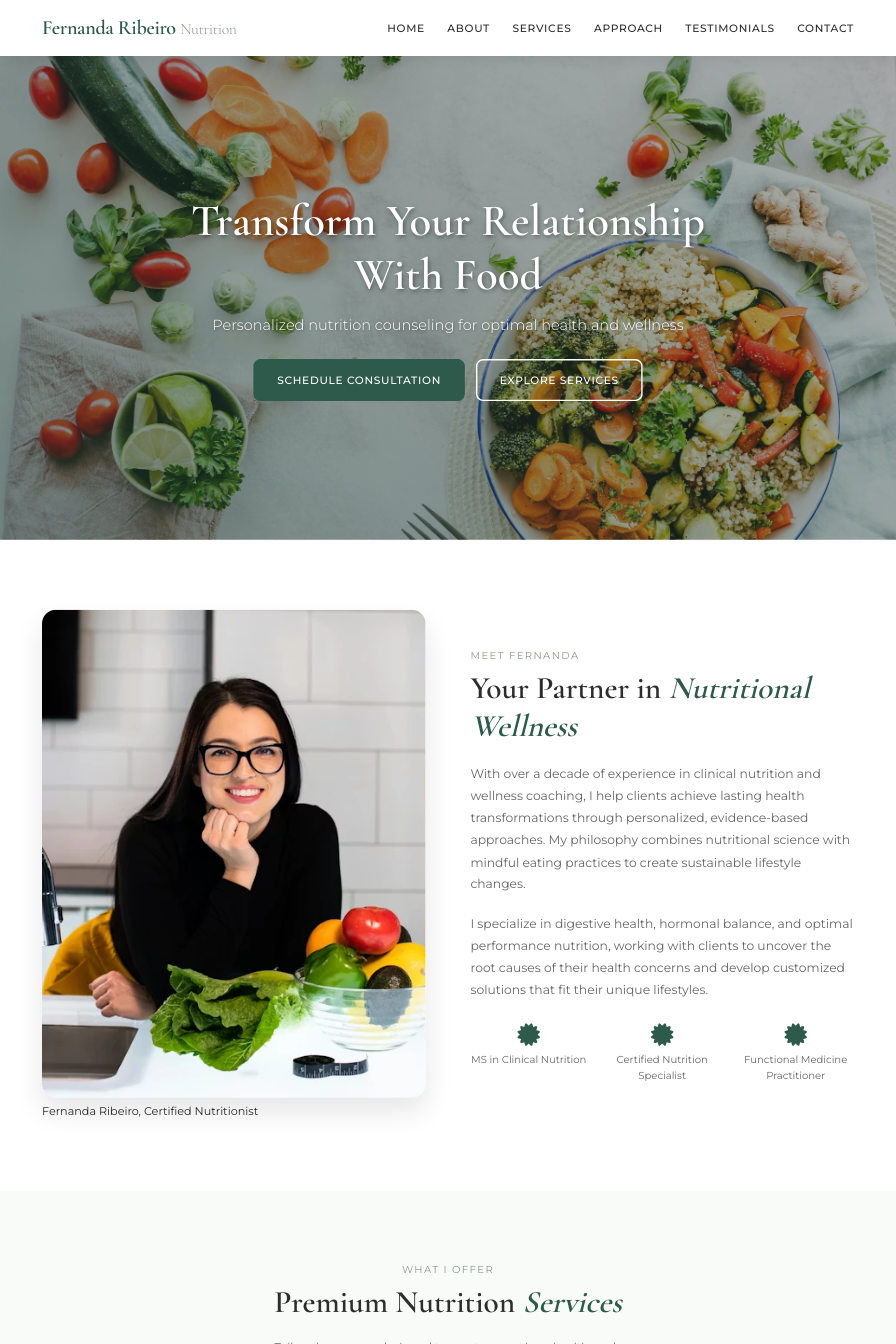
Repository: davidfsillva/Fernanda-Ribeiro
Page: index.html
The author's editor kept a copy of each file at every save. The page is drawn from the files as they stood at one save, then again after a run of saves.
The browser window is 1280 px wide. The pictures show the part of the page from y = 0 to 1920 px (the page is 5262 px tall), at 70% of full size.
Backgrounds fixed to the window are drawn as part of the page.

Above is the page before, as saved 2026-02-19 17:54:17.

After the next 2 saves:
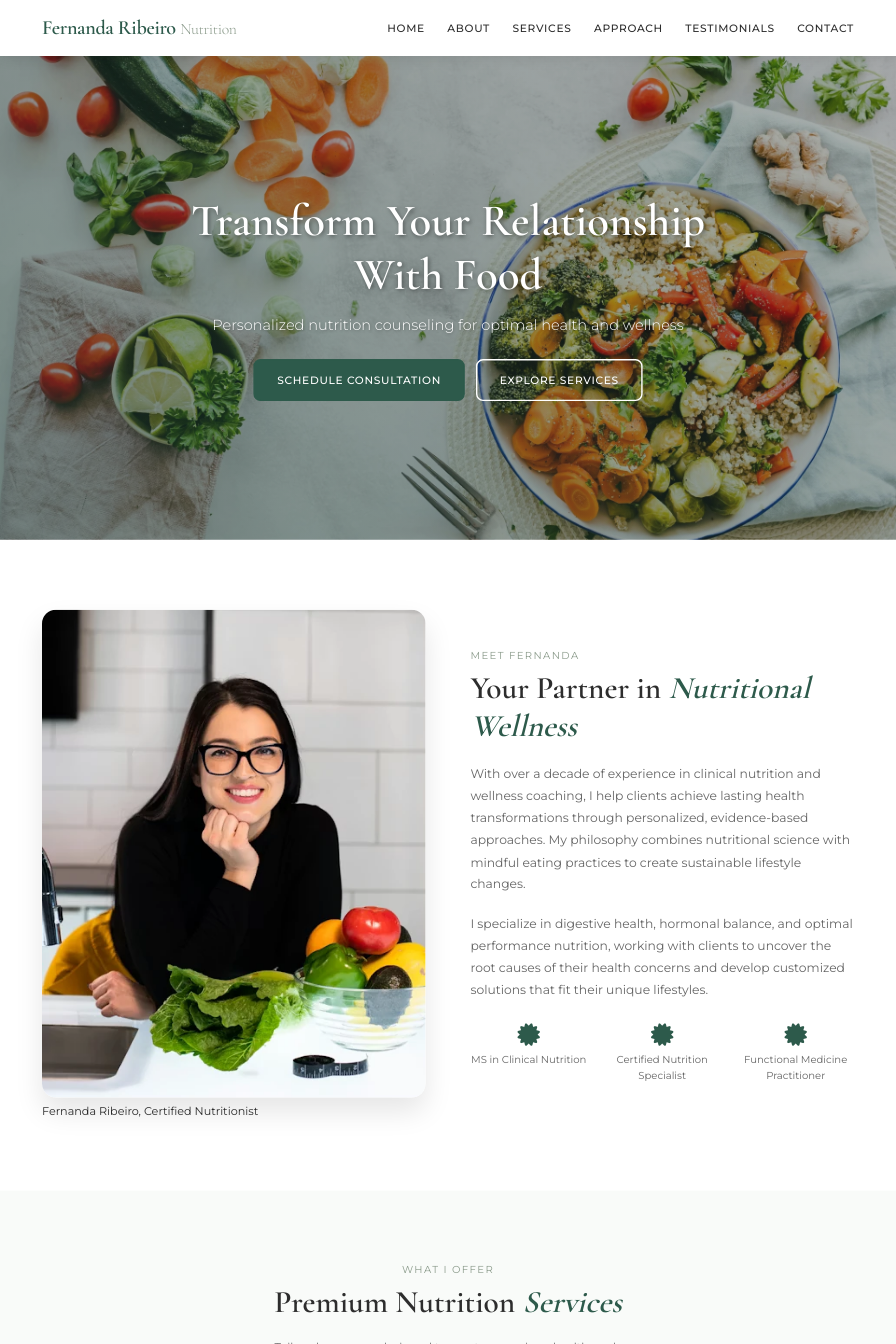
The 2 saves are shown as one change because they came seconds apart.
The last was saved 79 s later.
--- a/script.js
+++ b/script.js
@@ -60,6 +60,34 @@ document.addEventListener("DOMContentLoaded", () => {
     });
 
     // ============================
+    // HERO CINEMATIC EFFECT
+    // ============================
+    const hero = document.querySelector(".hero");
+    const heroContent = document.querySelector(".hero-content");
+
+    if (hero) {
+        hero.style.opacity = "0";
+        hero.style.transform = "scale(1.05)";
+        hero.style.transition = "all 1.5s ease";
+
+        window.addEventListener("load", () => {
+            hero.style.opacity = "1";
+            hero.style.transform = "scale(1)";
+        });
+    }
+
+    if (heroContent) {
+        heroContent.style.opacity = "0";
+        heroContent.style.transform = "translateY(40px)";
+        heroContent.style.transition = "all 1.2s ease";
+
+        window.addEventListener("load", () => {
+            heroContent.style.opacity = "1";
+            heroContent.style.transform = "translateY(0)";
+        });
+    }
+
+    // ============================
     // Modern Reveal Animations
     // ============================
     const revealElements = document.querySelectorAll(
@@ -80,7 +108,7 @@ document.addEventListener("DOMContentLoaded", () => {
     revealElements.forEach(el => revealObserver.observe(el));
 
     // ============================
-    // Image Reveal Auto (All Images)
+    // Image Reveal Auto
     // ============================
     const images = document.querySelectorAll("img");
 
@@ -101,17 +129,6 @@ document.addEventListener("DOMContentLoaded", () => {
     }, { threshold: 0.2 });
 
     images.forEach(img => imageObserver.observe(img));
-
-    // ============================
-    // Hero Parallax (Mobile Friendly)
-    // ============================
-    const hero = document.querySelector(".hero");
-
-    window.addEventListener("scroll", () => {
-        if (hero) {
-            hero.style.backgroundPositionY = window.scrollY * 0.4 + "px";
-        }
-    });
 
     // ============================
     // Active Menu Link on Scroll
